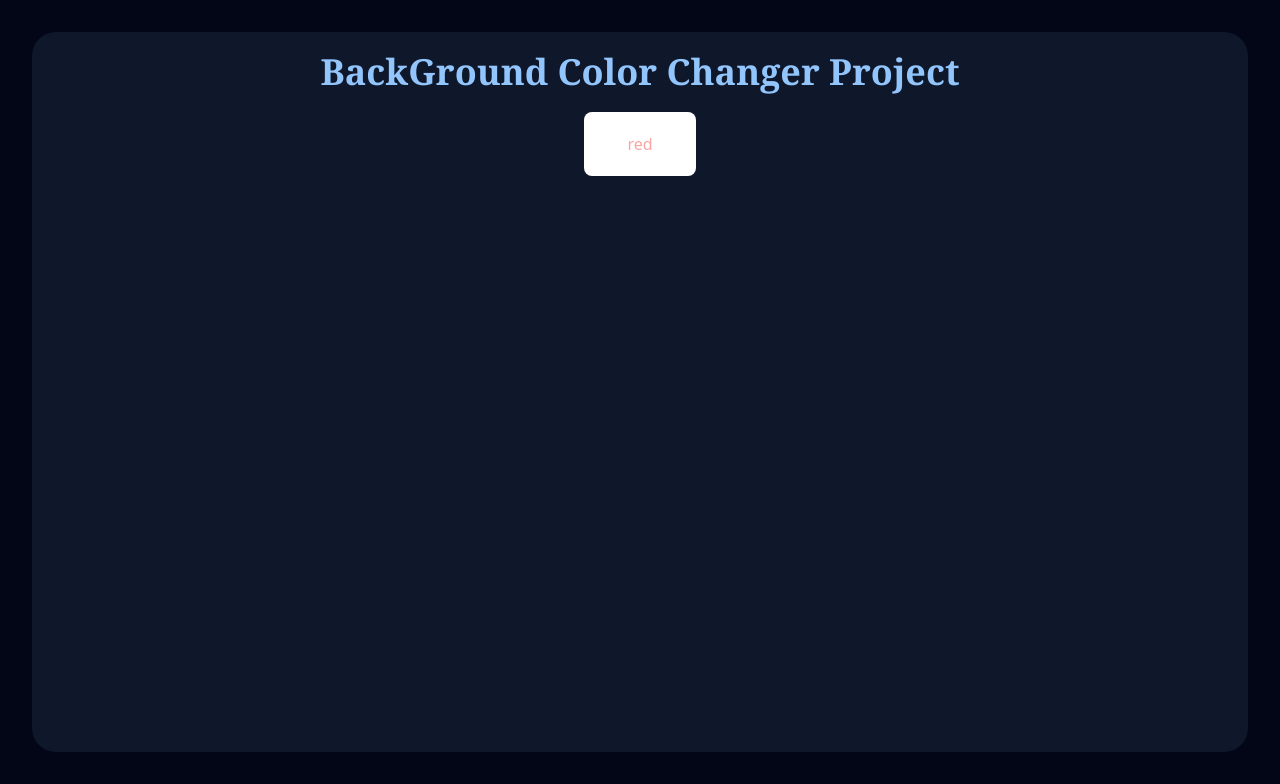
Repository: ChaitanyMishra/react-daily-work
Page: / (app in day-04-react/bg_color_changer/)
These files come from the project's save history. The page is drawn as it stood at one moment and after the next save; the edit follows.
The browser window is 1280 px wide. The pictures show the whole page.
The project was rebuilt for these pictures with package versions that can differ from the ones it lists, and the page was loaded fresh each time. Also part of the build but not shown: day-04-react/bg_color_changer/vite.config.js.

Above is the page before, as saved 2025-06-20 16:50:50.

After the next save:
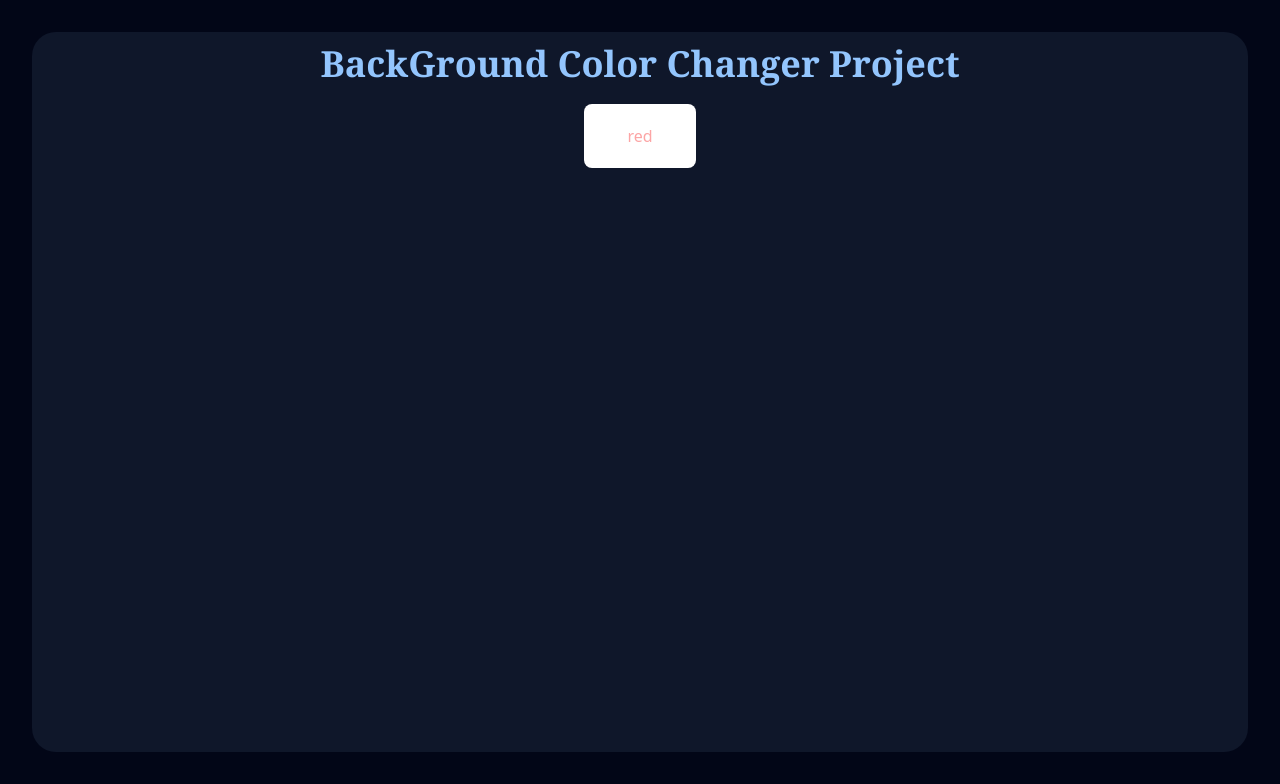
Saved 8 s later.
--- a/day-04-react/bg_color_changer/src/App.jsx
+++ b/day-04-react/bg_color_changer/src/App.jsx
@@ -7,7 +7,7 @@ function App() {
   const [colorState , changeColor] = useState("olvie")
 
   return (
-    <div className='w-full h-screen bg-slate-900 p-5 rounded-3xl overflow-auto'>
+    <div className='w-full h-screen bg-slate-900 p-3 rounded-3xl overflow-auto'>
     <h1 className='text-4xl font-serif font-bold text-blue-300 '>BackGround Color Changer Project</h1>
      <button className="bg-white text-red-300 m-5 p-5 rounded-lg w-[7rem]  ">red</button>
     <ColorChangeButton />
